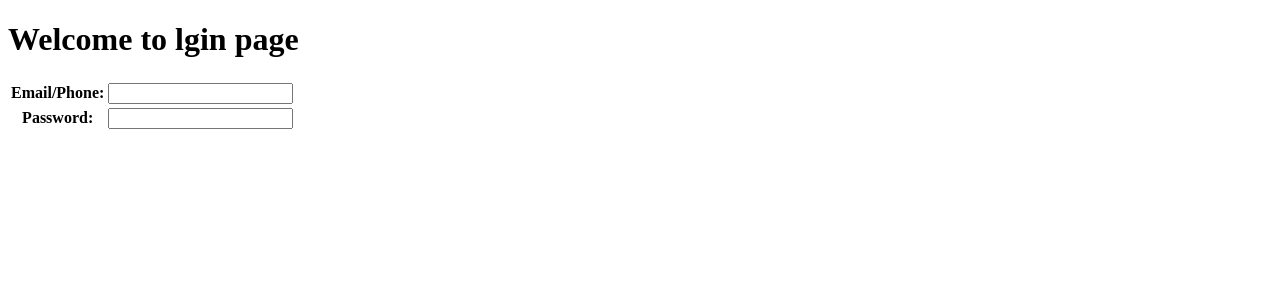
Repository: Chaitra-KT/test
Page: http://localhost/mvc_validation/Login.jsp
These files come from the project's save history. The page is drawn as it stood at one moment and after the next save; the edit follows.
The browser window is 1280 px wide. The pictures show the whole page.
The page is served by Tomcat 9.

Above is the page before, as saved 2023-02-11 12:14:55.

After the next save:
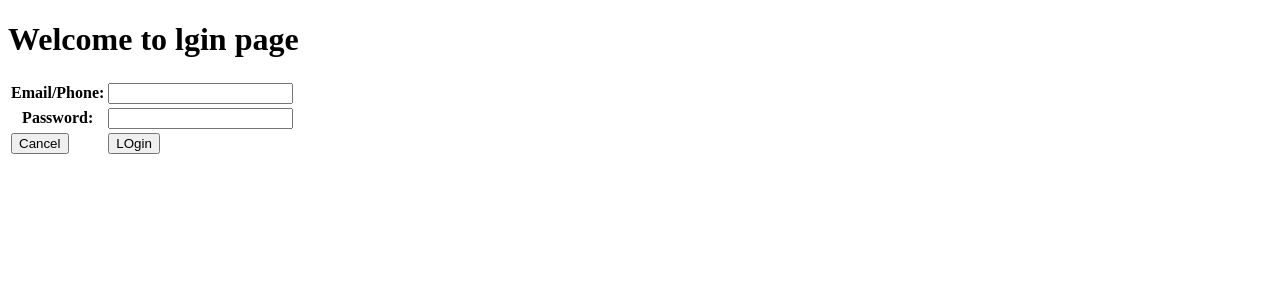
Saved 2 min 4 s later.
--- a/mvc_validation/src/main/webapp/Login.jsp
+++ b/mvc_validation/src/main/webapp/Login.jsp
@@ -12,13 +12,17 @@
 <table>
 <tr>
 <th>Email/Phone:</th>
-<th><input type="text" name="email">
-</th>
+<td><input type="text" name="email">
+</td>
 </tr>
 <tr>
 <th>Password:</th>
-<th><input type="text" name=pwd">
-</th>
+<td><input type="text" name=pwd">
+</td>
+</tr>
+<tr>
+<td><button type="reset">Cancel</button></td>
+<td><button>LOgin</button></td>
 </tr>
 </table>
 </form>
